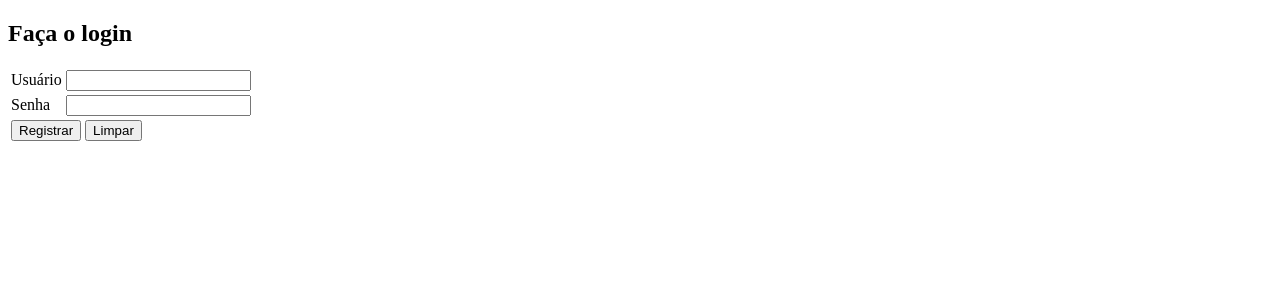
Repository: caioocesar/Comp3
Page: http://localhost/Comput3/RegistrarUsuarioPag.jsp
An editor plug-in stored every save of this project. The page is shown before and after the next save, followed by the edit.
The browser window is 1280 px wide. The pictures show the whole page.
The page is served by Tomcat 9. Other server files are loaded and not shown.

Above is the page before, as saved 2019-06-09 13:46:41.

### eclipse-workspace/Comput3/WebContent/RegistrarUsuarioPag.jsp
<%@ page language="java" contentType="text/html; charset=ISO-8859-1"
pageEncoding="ISO-8859-1"%>
<!DOCTYPE html PUBLIC "-//W3C//DTD HTML 4.01 Transitional//EN"
"http://www.w3.org/TR/html4/loose.dtd">
<html>
<head>
<meta http-equiv="Content-Type" content="text/html; charset=ISO-8859-1">
<title>Login do sistema</title>
</head>
<body>

<form action="RegistrarUsuario" method="POST">
    <h2>Faça o login</h2>
    <table border="0" cellpadding="1">
        <tr>
            <td><label>Usuário</label></td>
            <td><input type="text" name="usuario" size="20" /> </td>
        </tr>
        <tr>
            <td><label>Senha</label></td>
            <td><input type="password" name="senha" size="20" /> </td>
        </tr>

        <tr>
            <td colspan="2">
                <input type="submit" value="Registrar"/>
                <input type="reset" value="Limpar"/>

            </td>
        </tr>
    </table>
    <p>${param.message}</p>
</form>



</body>
</html>

After the next save:
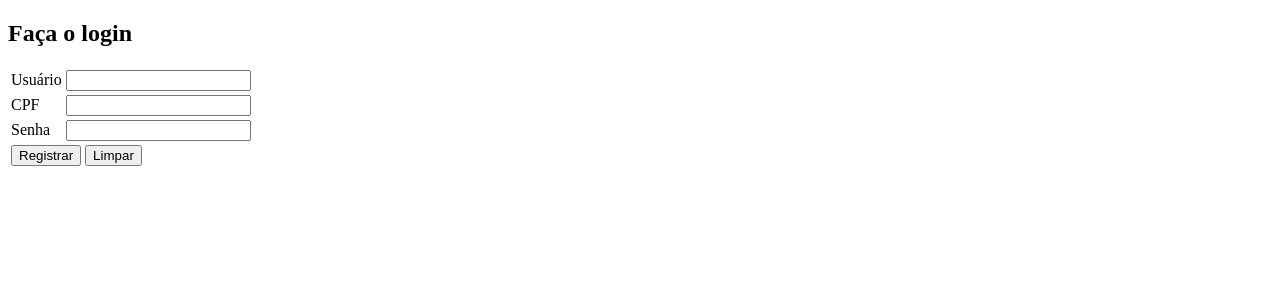
Saved 16 s later.
--- a/eclipse-workspace/Comput3/WebContent/RegistrarUsuarioPag.jsp
+++ b/eclipse-workspace/Comput3/WebContent/RegistrarUsuarioPag.jsp
@@ -15,6 +15,10 @@
         <tr>
             <td><label>Usuário</label></td>
             <td><input type="text" name="usuario" size="20" /> </td>
+        </tr>
+        <tr>
+            <td><label>CPF</label></td>
+            <td><input type="text" name="cpf" size="20" /> </td>
         </tr>
         <tr>
             <td><label>Senha</label></td>
